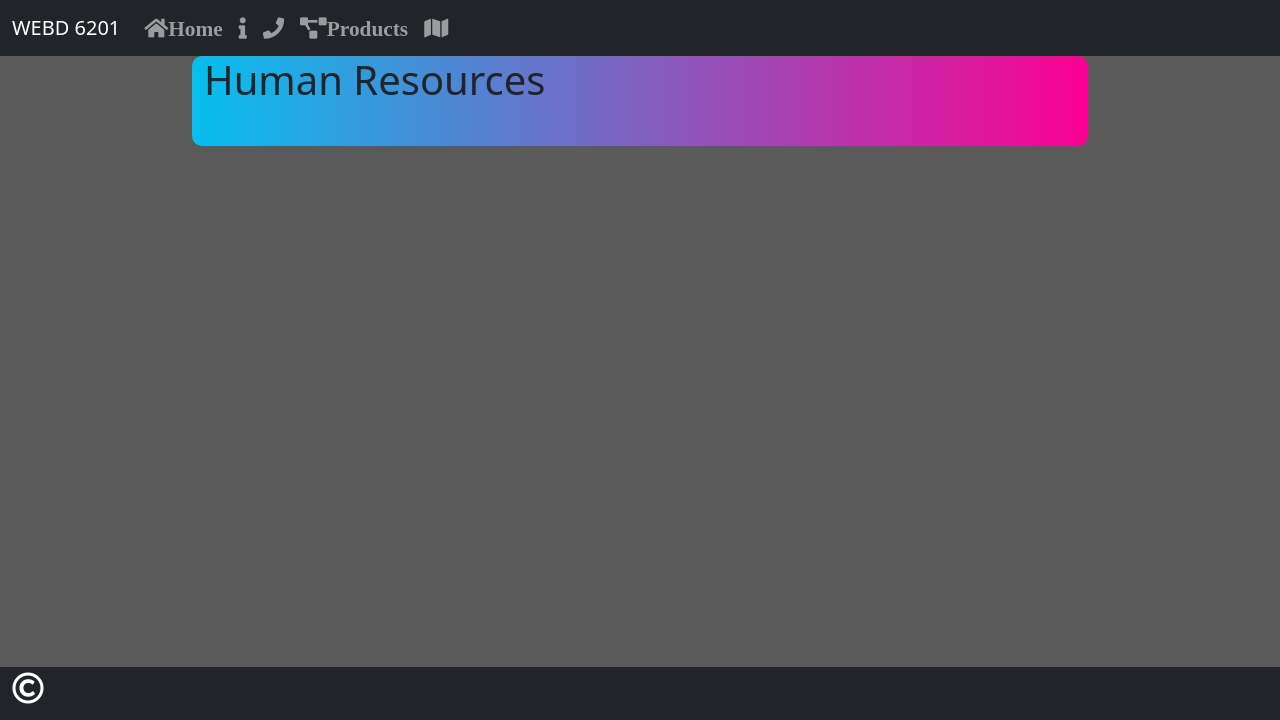
Repository: vans12345678/WEBD6201-W2021-Lab1
Page: human-resources.html
The author's editor kept a copy of each file at every save. The page is drawn from the files as they stood at one save, then again after the next save.
The browser window is 1280 px wide. The pictures show the whole page.

Above is the page before, as saved 2021-02-04 18:41:42.
Console error: TypeError: Cannot set properties of null (setting 'textContent')

### human-resources.html
<!DOCTYPE html>
<html lang="en">
<head>
    <meta charset="UTF-8">
    <meta name="viewport" content="width=device-width, initial-scale=1.0">
    <title>Human Resources</title>

    <!-- CSS Section -->
    <link rel="stylesheet" href="./node_modules/bootstrap/dist/css/bootstrap.min.css">
    <link rel="stylesheet" href="./node_modules/@fortawesome/fontawesome-free/css/all.min.css">
    <link rel="stylesheet" href="./Content/app.css">
</head>
<body>
  <!-- Main Header -->
    <header>
      <!-- Main Navigation -->
        <nav class="navbar navbar-expand-lg navbar-dark bg-dark">
            <div class="container-fluid">
              <a id ="navHome" class="navbar-brand" href="index.html"></a>
              <button class="navbar-toggler" type="button" data-bs-toggle="collapse" data-bs-target="#navbarSupportedContent" aria-controls="navbarSupportedContent" aria-expanded="false" aria-label="Toggle navigation">
                <span class="navbar-toggler-icon"></span>
              </button>
              <div class="collapse navbar-collapse" id="navbarSupportedContent">
                <ul class="navbar-nav me-auto mb-2 mb-lg-0">
                  <li class="nav-item">
                    <a id = "navIndex" class="nav-link fas fa-home fa-lg" aria-current="page" href="index.html"></a>
                  </li>
                  <li id = "liAbout"class="nav-item">
                    <a id = "navAbout" class="nav-link fas fa-info fa-lg" aria-current="page" href="about.html"></a>
                  </li>
                  <li class="nav-item" id = "navHumanResources">
                  </li>
                  <li class="nav-item">
                    <a id = "navContact" class="nav-link fas fa-phone fa-lg" aria-current="page" href="contact.html"></a>
                  </li>
                  <li class="nav-item">
                    <a id = "navProjects" class="nav-link fas fa-project-diagram fa-lg" aria-current="page" href="projects.html">Products</a>
                  </li>
                  <li class="nav-item">
                    <a id = "navServices" class="nav-link fas fa-map fa-lg" aria-current="page" href="services.html"></a>
                  </li>
                </ul>
              </div>
            </div>
          </nav>
    </header>
  <!-- Main Contents -->
    <main>
        <h1 class = "container">Human Resources</h1>
    </main>
    <!-- Main Footer -->
    <footer>
      <nav class="navbar fixed-bottom navbar-dark bg-dark">
          <div class="container-fluid">
              <h4><i id = "footer"class="far fa-copyright fa-lg site-footer"></i></h4>
          </div>
        </nav>
  </footer>
    <!-- Script Section -->
    <script src="./node_modules/jquery/dist/jquery.min.js"></script>
    <script src="./node_modules/bootstrap/dist/js/bootstrap.bundle.min.js"></script>
    <script src="./Scripts/app.js"></script>
</body>
</html>

### Content/app.css
/* custom css goes here */
.Vapor {
    background-image: url('../images/vapor.jpg');
    background-repeat: no-repeat;
    background-attachment: fixed;
    background-size: 100% 100%;
  }
  a {
    color: greenyellow;
  }
  .aboutFont
  {
    font-family: Arial, Helvetica, sans-serif;
    line-height: 32px;
  }
  body
  {
    background-color: rgb(90, 90, 90);
  }
  h1.container{
    border-radius: 10px;
    width: 70%;
    height: 90px;
    margin: 0px auto;
    background: linear-gradient(90deg,#06bfee,#fb0093)
  }
  h1.projects{
    background-color: white;
  }
  .contact-table{
    width: 100%;
    margin:  50px auto;
    background-color: white;
  }
  .contact-form
  {
    width: 100%;
    margin:  100px auto;
  }
  .warnMessage
  {
    width: 90%;
    margin:  50px;
  }
  .site-footer {
    color:white;
  }

### Scripts/app.js
/************************************************************
 * Name: Andre Agrippa, Michai Pryce
 * Date: 01/20/2021
 * Description: This file adds functionality to the Home,
 * About Us, Human Resources, Contact Us, Projects and Services
 * pages.
 * Date Completed:
 */

"use strict";


(function(){

    function DisplayNav()
    {
        let navTextElement = document.getElementById("navHome").textContent = "WEBD 6201";
        navTextElement = document.getElementById("navIndex").textContent = "Home";
        navTextElement = document.getElementById("navAboutItem").textContent = "About Us";

        let navAboutElement = document.getElementById("navAbout");
        let hrListItem = document.createElement("li");
        hrListItem.setAttribute("id", "navHumanResources");
        hrListItem.setAttribute("class", "nav-item");
        let navbar = document.getElementById("ulNav").appendChild(hrListItem);
        hrListItem.innerHTML = `<a class="nav-link" aria-current="page" href="human-resources.html"><i id ="navHumanResources" class ="fas fa-project-diagram fa-lg">Human Resources</i></a>`;
        navAboutElement.after(hrListItem);

        navTextElement = document.getElementById("navContact").textContent = "Contact Us";
        navTextElement = document.getElementById("navProjects").textContent = "Projects";
        navTextElement = document.getElementById("navServices").textContent = "Services";
        navTextElement = document.getElementById("footer").textContent = "Copyright 2021.";
    }

    function displayHome()
    {
        DisplayNav();
        let introText = "This is a simple site to demonstrate the specified requirements for Lab 1 WEBD 6201 - Client Side Scripting";
        let titleText = "Welcome to WEBD 6201";

        let introTextElement = document.getElementById("indexTitle").textContent = titleText;
        introTextElement = document.getElementById("indexParagraph").textContent = introText;

    }
    function displayAbout()
    {
        DisplayNav();

        //About Andre
        let aboutElement = document.getElementById("aboutTitle").textContent = "About Us";
        aboutElement = document.getElementById("aboutAText");
        aboutElement.innerHTML = `<h1>Andre Agrippa:</h1>
        <p class = "">I'm a 2nd year student at Durham College in the Computer Programming and Analysis program. I've been
        coding for several years now because I enjoy it and always looking to improve in this aspect.</p>
        <a class = "fa-lg" href="../resumes/andre_resume.pdf" download>Resume Download</a></br></br>
        <img src="../images/morpheus.JPG" alt="" style="width:500px;height:250px;">`;

    }
    function displayProjects()
    {
        DisplayNav();

        //Projects 1
        let projectsElement = document.getElementById("projectsTitle").textContent = "Projects";
        projectsElement = document.getElementById("projectsText").innerHTML =
        `<h3>Project One: COBOL Item List</h3>
        <p>This project reads records from a .dat file, performs calculations on the data then outputs it to a .out file neatly formatted.</p>
        <img src="../images/p1.PNG" alt="" style="width:800px;height:500px;">`;

        //Projects 2
        projectsElement = document.getElementById("projectsText").innerHTML +=
        `<h3>Project Two: C#, XAML, MDF  Preferred Shares and Common Shares</h3>
        <p>This project uses XAML for the windows form and a database to keep track of common and preferred shares.
        The database keeps track of how many shares(common/preferred) are  available and validation is applied.</p>
        <img src="../images/p2.PNG" alt="" style="width:800px;height:500px;">`;

        //Projects 3
        projectsElement = document.getElementById("projectsText").innerHTML +=
        `<h3>Project Three: ASP.NET and MVC Framework Animal Shelter</h3>
        <p>This project is a web application that keeps track of animals, owners, appointment and login info in a database.
        Relational database concepts are applied.</p>
        <img src="../images/p3.PNG" alt="" style="width:800px;height:500px;">`;

    }
    function displayServices()
    {
        DisplayNav();
        let s1Header = "Web Development:";
        let s1Text = "We offer a variety of different web development (Front-end, Back-end, Databases). Languages (PHP, ASP.NET, JavaScript)";
        let s2Header = "Service 2:";
        let s2Text = "Service 2 text";
        let s3Header = "Service 3:";
        let s3Text = "Service 3 text";

        //Services 1
        let servicesElement = document.getElementById("servicesTitle").textContent = "Web Development";
        servicesElement = document.getElementById("servicesText").innerHTML =
        `<h3>Web Development:</h3>
        <p>We offer a variety of different web development (Front-end, Back-end, Databases). Languages (PHP, ASP.NET, JavaScript)</p>
        <img src="../images/s1.jpg" alt="" style="width:800px;height:500px;">`;

        //Services 2
        servicesElement = document.getElementById("servicesText").innerHTML +=
        `<h3>OOP Programming</h3>
        <p>We offer a variety of different Object Oriented Programming. We're experienced with C#, C++, Java etc.
        Whether it be windows forms applications, console applications GUI, etc.</p>
        <img src="../images/s2.png" alt="" style="width:800px;height:500px;">`;

        //Services 3
        servicesElement = document.getElementById("servicesText").innerHTML +=
        `<h3>Database Management System</h3>
        <p>It's been almost 3 years since we've had experience in database development. We've used software such as
        Microsoft SQL Server and PgAdmin4. Experienced with relational database concepts.</p>
        <img src="../images/s3.jpg" alt="" style="width:800px;height:500px;">`;


    }
    function displayContact()
    {
        DisplayNav();

        let messageArea = document.getElementById("messageArea");
        messageArea.hidden = true;

        //form validation
        let fullName = document.getElementById("fullName");
        fullName.addEventListener("blur", function()
        {
            if(fullName.value.length < 2)
            {
                fullName.focus();
                fullName.select();
                messageArea.hidden = false;
                messageArea.className = "alert alert-danger warnMessage";
                messageArea.textContent = "Please enter an appropriate name > 2 characters";
            }
            else
            {
                messageArea.removeAttribute("class");
                messageArea.hidden = true;
            }
        });
            let sendButton = document.getElementById("sendButton");
            sendButton.addEventListener("click", function(event)
            {
                event.preventDefault();
                // //Displays twice?

                let contact = new Contact(fullName.value,contactNumber.value, emailAddress.value, shortMessage.value);

                console.log(contact.serialize());
                if(contact.serialize())
                {
                    localStorage.setItem((localStorage.length + 1).toString(),contact.serialize());

                    window.location.href = "index.html";
                }

            });

    }
    function displayContactList()
    {
        DisplayNav();
        if(localStorage.length > 0)
        {
            let contactList = document.getElementById("contactList");
            let data = "";

            for (let index = 0; index < localStorage.length; index++)
            {
                let contactData = localStorage.getItem((index + 1).toString());
                let contact = new Contact();

                contact.deserialize(contactData);

                data += `<tr>
                <th scope="row">${index + 1}</th>
                <td>${contact.FullName}</td>
                <td>${contact.ContactNumber}</td>
                <td>${contact.EmailAddress}</td>
                <td>${contact.ShortMessage}</td>
              </tr>`;
            }
            contactList.innerHTML = data;
        }

    }
    function displayHumanResources()
    {
        DisplayNav();
    }

    function Start()
    {
        console.log("App Started...");

        //Based of title of html
        switch(document.title)
        {
            case "Index":
                displayHome();
                break;
            case "About Us":
                displayAbout();
                break;
            case "Projects":
                displayProjects();
                break;
            case "Services":
                displayServices();
                break;
            case "Contact Us":
                displayContact();
                break;
            case "Contact-List":
                displayContactList();
                break;
            case "Human Resources":
                displayHumanResources();
                break;
        }


    }

    window.addEventListener("load", Start);

})();

Loaded but not shown: node_modules/bootstrap/dist/css/bootstrap.min.css (library); node_modules/@fortawesome/fontawesome-free/css/all.min.css (library); node_modules/jquery/dist/jquery.min.js (library); node_modules/bootstrap/dist/js/bootstrap.bundle.min.js (library)

After the next save:
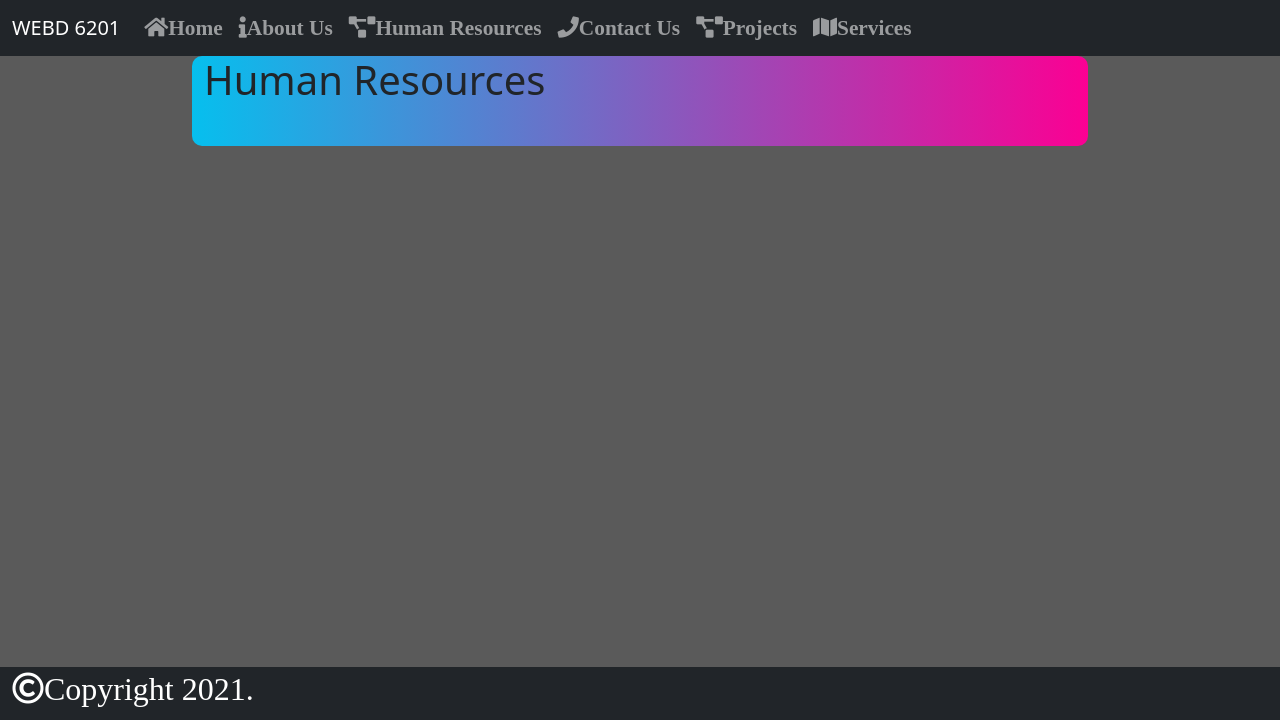
The error is gone.
Saved 30 s later.
--- a/human-resources.html
+++ b/human-resources.html
@@ -21,23 +21,21 @@
                 <span class="navbar-toggler-icon"></span>
               </button>
               <div class="collapse navbar-collapse" id="navbarSupportedContent">
-                <ul class="navbar-nav me-auto mb-2 mb-lg-0">
+                <ul id = "ulNav" class="navbar-nav me-auto mb-2 mb-lg-0">
                   <li class="nav-item">
-                    <a id = "navIndex" class="nav-link fas fa-home fa-lg" aria-current="page" href="index.html"></a>
+                    <a  class="nav-link" aria-current="page" href="index.html"><i id ="navIndex"class = "fas fa-home fa-lg"></i></a>
                   </li>
-                  <li id = "liAbout"class="nav-item">
-                    <a id = "navAbout" class="nav-link fas fa-info fa-lg" aria-current="page" href="about.html"></a>
-                  </li>
-                  <li class="nav-item" id = "navHumanResources">
+                  <li class="nav-item" id ="navAbout">
+                    <a  class="nav-link " aria-current="page" href="about.html"><i id ="navAboutItem"class = "fas fa-info fa-lg"></i></a>
                   </li>
                   <li class="nav-item">
-                    <a id = "navContact" class="nav-link fas fa-phone fa-lg" aria-current="page" href="contact.html"></a>
+                    <a  class="nav-link " aria-current="page" href="contact.html"><i id ="navContact"class = "fas fa-phone fa-lg"></i></a>
                   </li>
                   <li class="nav-item">
-                    <a id = "navProjects" class="nav-link fas fa-project-diagram fa-lg" aria-current="page" href="projects.html">Products</a>
+                    <a  class="nav-link" aria-current="page" href="projects.html"><i id ="navProjects" class ="fas fa-project-diagram fa-lg">Products</i></a>
                   </li>
                   <li class="nav-item">
-                    <a id = "navServices" class="nav-link fas fa-map fa-lg" aria-current="page" href="services.html"></a>
+                    <a  class="nav-link " aria-current="page" href="services.html"><i id ="navServices"class = "fas fa-map fa-lg"></i></a>
                   </li>
                 </ul>
               </div>
